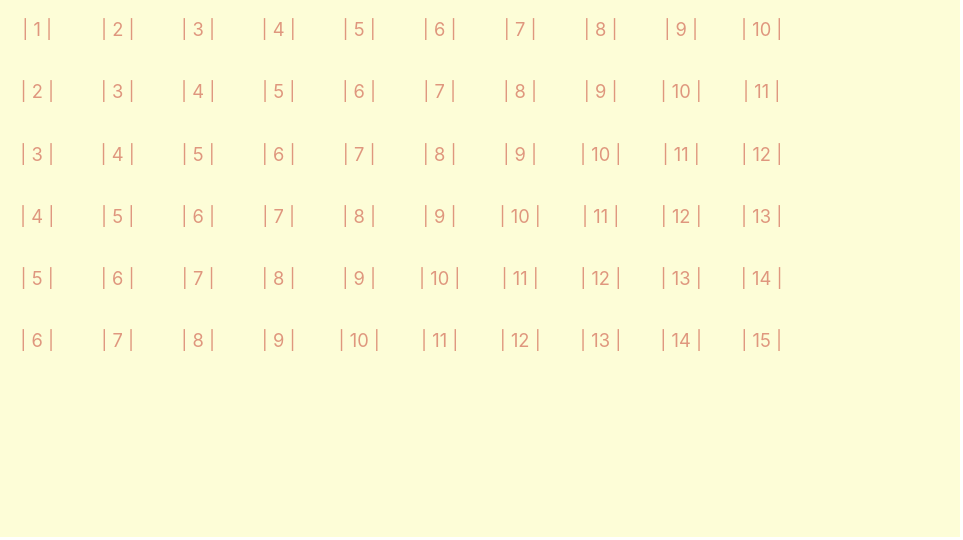
Repository: ghbamorim/megasenaapi
Page: / (app in mega-sena-client/)
An editor plug-in stored every save of this project. The page is shown before and after the next save, followed by the edit.
The browser window is 1280 px wide. The page is 1284 px wide, so the pictures cover 1284 px, including what lies to the right of the window. The pictures show the whole page, at 75% of full size.
The project was rebuilt for these pictures with package versions that can differ from the ones it lists, and the page was loaded fresh each time. Also part of the build but not shown: mega-sena-client/src/App.css.

Above is the page before, as saved 2021-09-12 09:48:23.

### mega-sena-client/src/App.tsx
import Grid from "@material-ui/core/Grid";
import { makeStyles } from "@material-ui/core/styles";
import React from "react";
import "./App.css";
import Row from "./row";

const useStyles = makeStyles((theme) => ({
  App: {
    textAlign: "center",
  },

  AppHeader: {
    backgroundColor: "#FDFDD7",
    minHeight: "100vh",
    alignItems: "center",
    justifyContent: "center",
    fontSize: "calc(10px + 2vmin)",
    color: "#DF977E",
  },
}));

function App() {
  const classes = useStyles();
  const rows: number[] = [];
  for (let i = 1; i <= 6; i++) {
    rows.push(i);
  }

  return (
    <div className={classes.App}>
      <header className={classes.AppHeader}>
        <div>
          {rows.map((i) => {
            return (
              <Grid container spacing={1}>
                <Row startNumber={i} endNumber={i + 9} />
              </Grid>
            );
          })}
        </div>
      </header>
    </div>
  );
}

export default App;

### mega-sena-client/src/row.tsx
import Grid from "@material-ui/core/Grid";
import React from "react";
import "./App.css";

interface IRowProps {
  startNumber: number;
  endNumber: number;
}

const Row: React.FC<IRowProps> = ({ startNumber, endNumber }: IRowProps) => {
  const cols: number[] = [];
  for (let i = startNumber; i <= endNumber; i++) {
    cols.push(i);
  }

  return (
    <React.Fragment>
      {cols.map((i) => {
        return (
          <Grid item xs={1}>
            <div className="App">
              <p>| {i} |</p>
            </div>
          </Grid>
        );
      })}
    </React.Fragment>
  );
};

export default Row;

Loaded but not shown: mega-sena-client/public/index.html (common file); mega-sena-client/src/index.tsx (common file); mega-sena-client/src/index.css (common file); mega-sena-client/src/reportWebVitals.ts (common file)

After the next save:
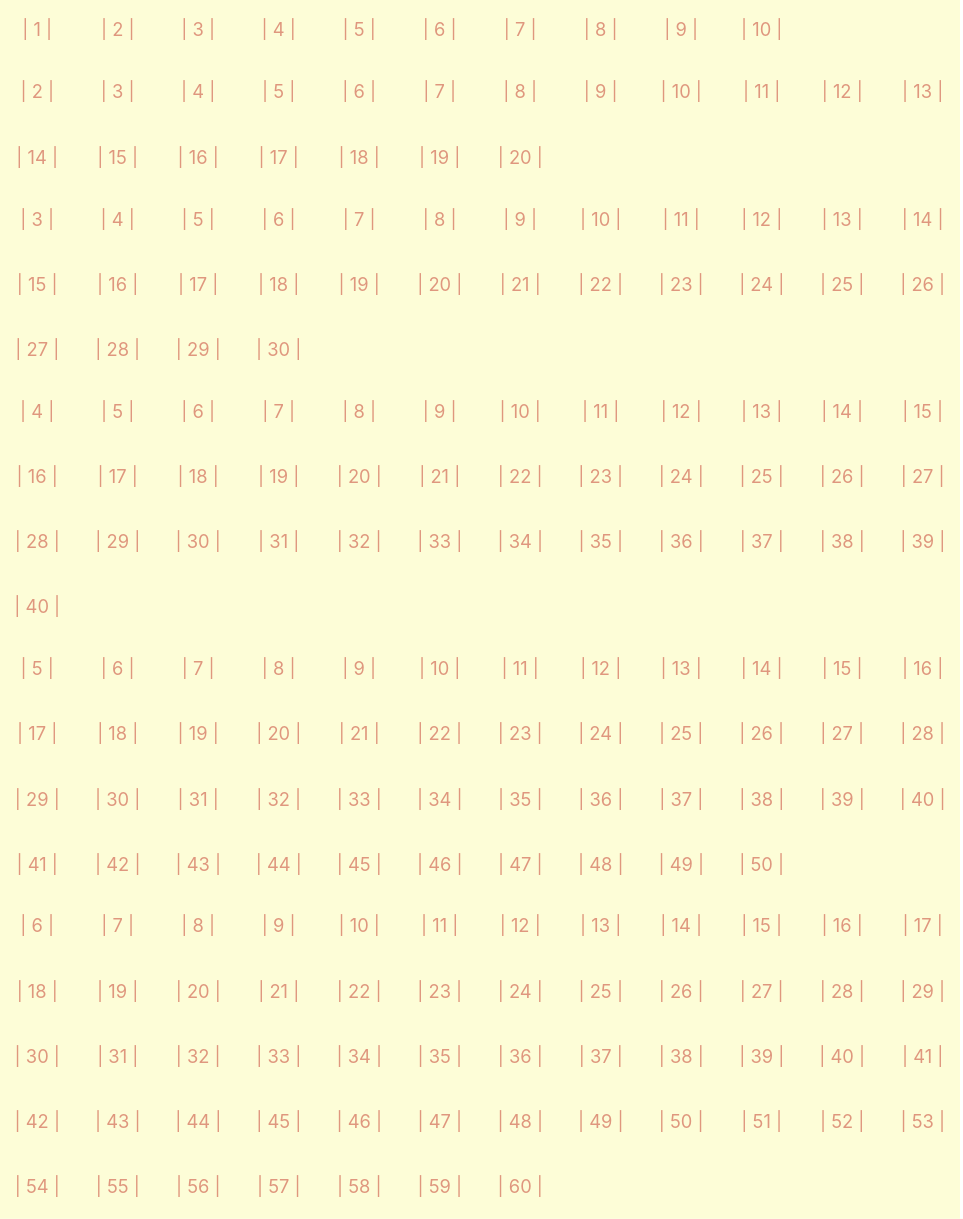
Saved 81 s later.
--- a/mega-sena-client/src/App.tsx
+++ b/mega-sena-client/src/App.tsx
@@ -33,7 +33,7 @@ function App() {
           {rows.map((i) => {
             return (
               <Grid container spacing={1}>
-                <Row startNumber={i} endNumber={i + 9} />
+                <Row startNumber={i} endNumber={i * 10} />
               </Grid>
             );
           })}
